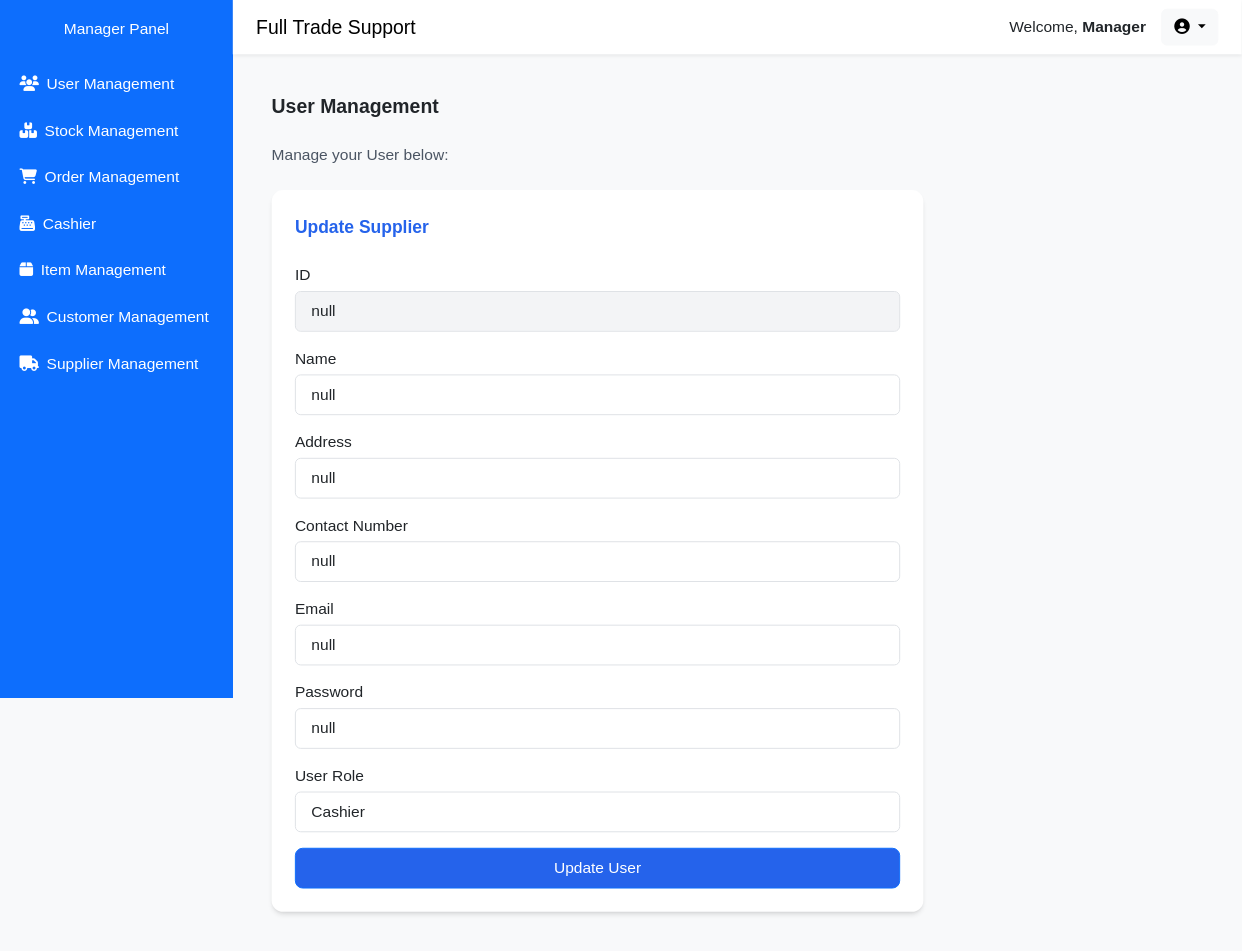
Repository: LakviduUpasara/onlineSparePartsManagementSystem
Page: http://localhost/Spare_parts_Management_Systems/profile.jsp
The author's editor kept a copy of each file at every save. The page is drawn from the files as they stood at one save, then again after the next save.
The browser window is 1280 px wide. The pictures show the whole page, at 97% of full size.
Some web libraries are served in a nearby version. The page is served by Tomcat 9. Other server files are loaded and not shown.

Above is the page before, as saved 2025-05-13 05:27:30.

### Project/Project/Spare_parts_Management_Systems/src/main/webapp/profile.jsp
<%@ page language="java" contentType="text/html; charset=UTF-8" pageEncoding="UTF-8"%>
<%@ page import="java.util.*, com.spareparts.model.Supplier" %>

<!DOCTYPE html>
<html lang="en">
<head>
  <meta charset="UTF-8">
  <title>Admin Dashboard - Full Trade Support</title>

  <!-- Bootstrap -->
  <link href="https://cdn.jsdelivr.net/npm/bootstrap@5.3.0/dist/css/bootstrap.min.css" rel="stylesheet">

  <!-- Tailwind CSS -->
  <script src="https://cdn.tailwindcss.com"></script>

  <!-- Font Awesome -->
  <link rel="stylesheet" href="https://cdnjs.cloudflare.com/ajax/libs/font-awesome/6.4.0/css/all.min.css">

  <style>
    body {
      margin: 0;
      font-family: Arial, sans-serif;
      background-color: #f8f9fa;
    }
    .sidebar {
      height: 100vh;
      background-color: #0d6efd;
      color: white;
      position: fixed;
      width: 240px;
      padding-top: 20px;
    }
    .sidebar a {
      color: white;
      text-decoration: none;
      display: block;
      padding: 12px 20px;
      font-size: 16px;
    }
    .sidebar a:hover {
      background-color: #0b5ed7;
    }
    .main-content {
      margin-left: 240px;
    }
    .dashboard-content {
      padding: 40px;
      min-height: calc(100vh - 56px);
    }
  </style>
</head>

<body>
  <!-- Sidebar -->
  <div class="sidebar">
    <h4 class="text-center mb-4">Manager Panel</h4>
    <a href="#"><i class="fas fa-users me-2"></i>User Management</a>
    <a href="#"><i class="fas fa-boxes me-2"></i>Stock Management</a>
    <a href="#"><i class="fas fa-shopping-cart me-2"></i>Order Management</a>
    <a href="#"><i class="fas fa-cash-register me-2"></i>Cashier</a>
    <a href="#"><i class="fas fa-box me-2"></i>Item Management</a>
    <a href="#"><i class="fas fa-user-friends me-2"></i>Customer Management</a>
    <a href="#"><i class="fas fa-truck me-2"></i>Supplier Management</a>
  </div>

  <!-- Main Content -->
  <div class="main-content">
    <nav class="navbar navbar-expand-lg navbar-light px-4 bg-white shadow-sm">
      <a class="navbar-brand" href="#">Full Trade Support</a>
      <div class="ms-auto d-flex align-items-center">
        <span class="me-3">Welcome, <strong>Manager</strong></span>
        <div class="dropdown">
          <a class="btn btn-light dropdown-toggle" href="#" id="userDropdown" data-bs-toggle="dropdown">
            <i class="fas fa-user-circle"></i>
          </a>
          <ul class="dropdown-menu dropdown-menu-end" aria-labelledby="userDropdown">
            <li><a class="dropdown-item" href="#">Profile</a></li>
            <li><a class="dropdown-item" href="#">Settings</a></li>
            <li><hr class="dropdown-divider"></li>
            <li><a class="dropdown-item text-danger" href="#">Logout</a></li>
          </ul>
        </div>
      </div>
    </nav>

    <div class="dashboard-content">
      <h2 class="text-xl font-bold mb-4">User Management</h2>
      <p class="mb-4 text-gray-600">Manage your User below:</p>

      <%
        String id = request.getParameter("id");
        String name = request.getParameter("name");
        String address = request.getParameter("address");
        String contactnumber = request.getParameter("contactnumber");
        String email = request.getParameter("email");
        String password = request.getParameter("password");
        String userRole = request.getParameter("userRole");
      %>

      <div class="bg-white rounded-xl shadow-md p-6 max-w-2xl">
        <h4 class="text-lg font-semibold mb-4 text-blue-600">Update Supplier</h4>
        <form action="UpdateServlet" method="post" class="space-y-4">
          <div>
            <label class="form-label block mb-1 font-medium">ID</label>
            <input type="text" name="id" value="<%= id %>" readonly
              class="form-control bg-gray-100 border border-gray-300 rounded px-3 py-2 w-full" />
          </div>

          <div>
            <label class="form-label block mb-1 font-medium">Name</label>
            <input type="text" name="name" value="<%= name %>" required
              class="form-control border border-gray-300 rounded px-3 py-2 w-full" />
          </div>

          <div>
            <label class="form-label block mb-1 font-medium">Address</label>
            <input type="text" name="address" value="<%= address %>" required
              class="form-control border border-gray-300 rounded px-3 py-2 w-full" />
          </div>

          <div>
            <label class="form-label block mb-1 font-medium">Contact Number</label>
            <input type="text" name="contactnumber" value="<%= contactnumber %>" required
              class="form-control border border-gray-300 rounded px-3 py-2 w-full" />
          </div>

          <div>
            <label class="form-label block mb-1 font-medium">Email</label>
            <input type="email" name="email" value="<%= email %>" required
              class="form-control border border-gray-300 rounded px-3 py-2 w-full" />
          </div>

          <div>
            <label class="form-label block mb-1 font-medium">Password</label>
            <input type="text" name="password" value="<%= password %>" required
              class="form-control border border-gray-300 rounded px-3 py-2 w-full" />
          </div>

      <div>
		  <label class="form-label block mb-1 font-medium">User Role</label>
		  <select name="userRole" class="form-control border border-gray-300 rounded px-3 py-2 w-full" required>
		    <option value="Cashier" <%= "Cashier".equals(userRole) ? "selected" : "" %> >Cashier</option>
		    <option value="Stock Manager" <%= "Stock Manager".equals(userRole) ? "selected" : "" %>>Stock Manager</option>
		    <option value="Admin" <%= "Admin".equals(userRole) ? "selected" : "" %>>Admin</option>
		    <option value="Manager" <%= "Manager".equals(userRole) ? "selected" : "" %>>Manager</option>
		  </select>
		</div>

          <div>
            <button type="submit"
              class="btn btn-primary w-full bg-blue-600 hover:bg-blue-700 text-white py-2 px-4 rounded-lg transition">
              Update User
            </button>
          </div>
        </form>
      </div>
    </div>
  </div>

  <!-- Bootstrap JS -->
  <script src="https://cdn.jsdelivr.net/npm/bootstrap@5.3.0/dist/js/bootstrap.bundle.min.js"></script>
</body>
</html>

After the next save:
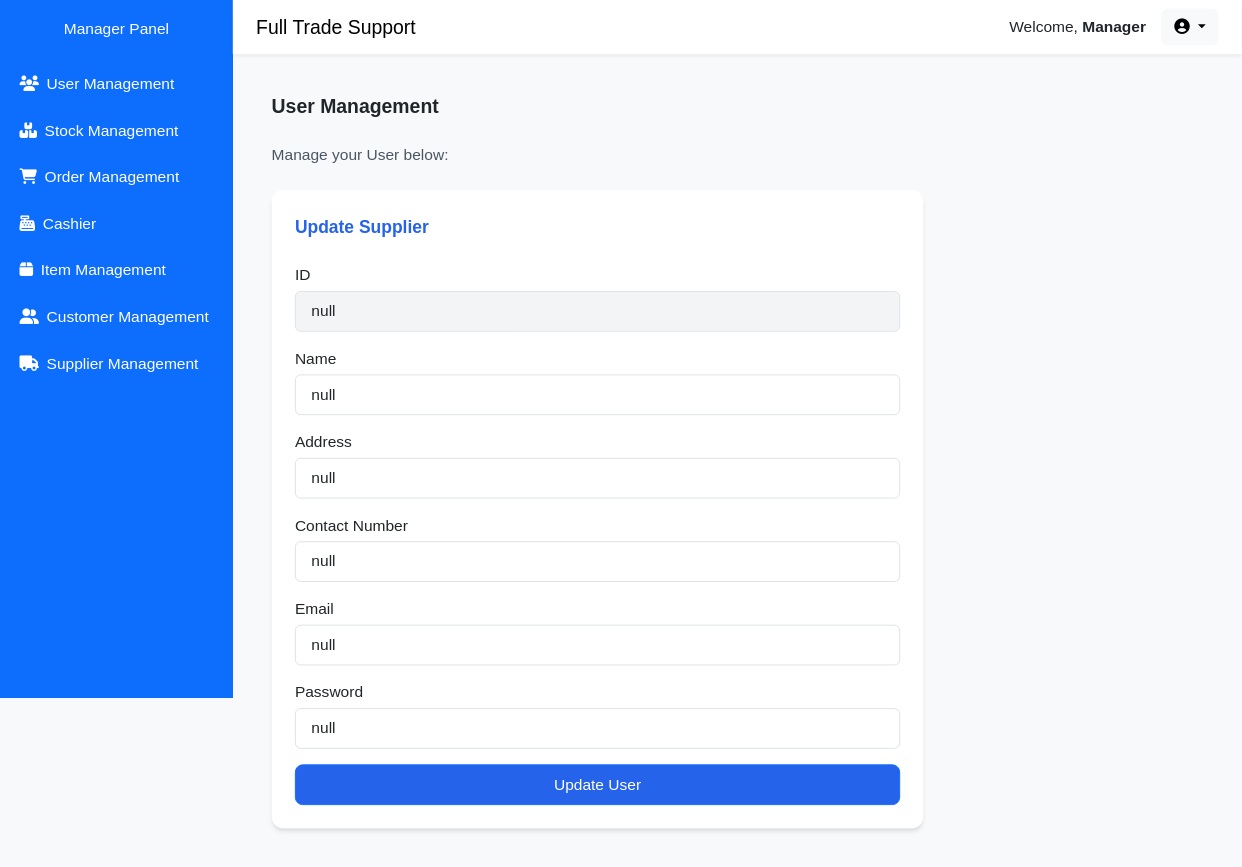
Saved 3 h 15 min later.
--- a/Project/Project/Spare_parts_Management_Systems/src/main/webapp/profile.jsp
+++ b/Project/Project/Spare_parts_Management_Systems/src/main/webapp/profile.jsp
@@ -136,15 +136,6 @@
               class="form-control border border-gray-300 rounded px-3 py-2 w-full" />
           </div>
 
-      <div>
-		  <label class="form-label block mb-1 font-medium">User Role</label>
-		  <select name="userRole" class="form-control border border-gray-300 rounded px-3 py-2 w-full" required>
-		    <option value="Cashier" <%= "Cashier".equals(userRole) ? "selected" : "" %> >Cashier</option>
-		    <option value="Stock Manager" <%= "Stock Manager".equals(userRole) ? "selected" : "" %>>Stock Manager</option>
-		    <option value="Admin" <%= "Admin".equals(userRole) ? "selected" : "" %>>Admin</option>
-		    <option value="Manager" <%= "Manager".equals(userRole) ? "selected" : "" %>>Manager</option>
-		  </select>
-		</div>
 
           <div>
             <button type="submit"
